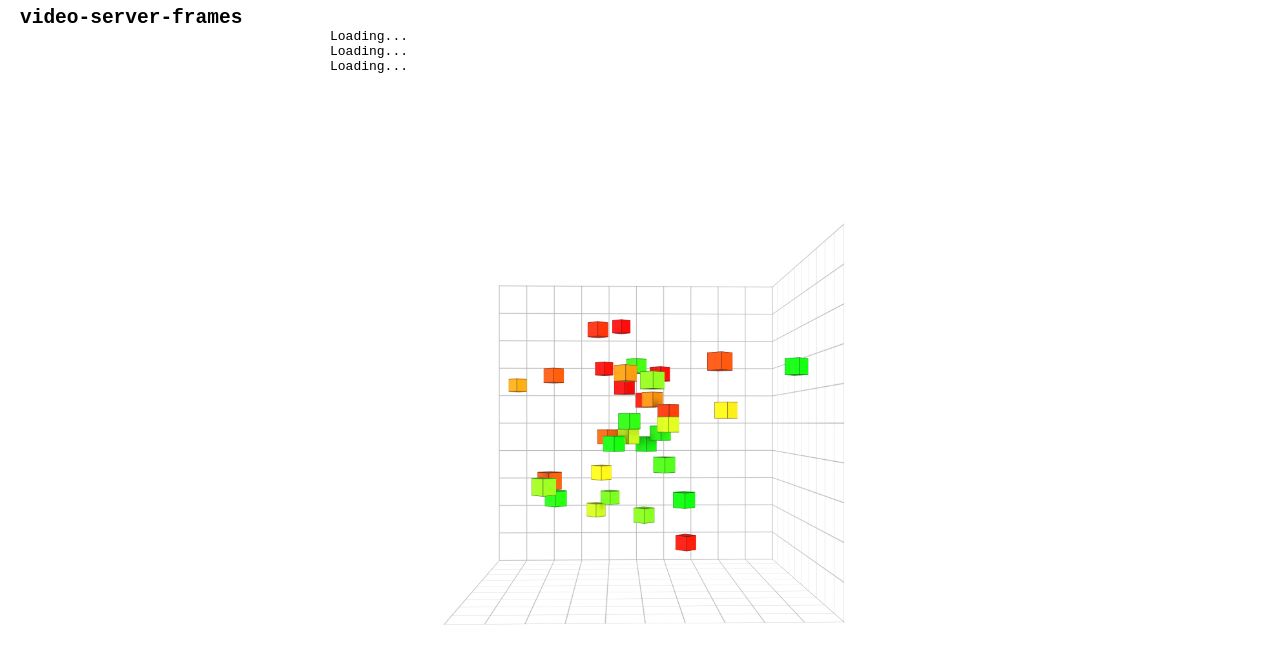
Repository: ceeskaan/ceeskaan.github.io
Page: index.html
These files come from the project's save history. The page is drawn as it stood at one moment and after the next save; the edit follows.
The browser window is 1280 px wide. The pictures show the window.
A layer covers the whole window, so only the first screen is drawn. Some web libraries are served in a nearby version.

Above is the page before, as saved 2022-02-09 20:58:27.
Console error (its wording comes from the project's code and is left out).

### index.html
<!DOCTYPE html>
<html>
    <head>
        <title>Crispy AI</title>
        <meta charset="utf-8" />
        <meta name="description" content="" />
        <meta name="viewport" content="width=device-width, initial-scale=1" />
        <link rel="stylesheet" href="common/main.css" />
        <script src="http://ajax.googleapis.com/ajax/libs/jquery/1.8.3/jquery.min.js"></script>
        <link rel = "icon" href =
        "icon.png"
        type = "image/x-icon">
    </head>
    <body>
        <h2>
                <code>video-server-frames</code>
            </h2>
            <section>
                <pre id="comments"></pre>
            </section>
        <div id="content">
            <section class="canvas-container" id="canvas-container">
                <input
                    name="frames-url"
                    type="hidden"
                    value="videos/frames/image{{id}}.jpg"
                    data-frame-start="596"
                    data-frame-end="719"
                    data-frame-id-padding="3"
                />
            </section>
        </div>
        <script>
        $(document).mousemove(function(e) {
            var percent = e.clientX / $(window).width();
           $('body, html').scrollTop($(document).height() * percent/1.283);
        });</script>
        <script src="common/utils.js"></script>
        <script src="common/scroll-observable.js"></script>
        <script src="common/canvas-frame-scrubber.js"></script>
        <script src="assets/frame-unpacker.js"></script>
        <script src="assets/main.js"></script>
    </body>
</html>

### common/main.css
html,
body {
    margin: 0;
    padding: 0 10px;
    font-family: -apple-system, BlinkMacSystemFont, 'Segoe UI', Roboto, Oxygen, Ubuntu, Cantarell, 'Open Sans',
        'Helvetica Neue', sans-serif;
    height: 3000px;
    background: rgb(255, 255, 255);
    color: rgb(0, 0, 0);
    overflow: hidden; /* Hide scrollbars */
}

* {
    margin: 0;
    padding: 0;
 }


html.home,
body.home {
    height: 100%;
}

a {
    color: #33a8ff;
}

#content {
    position: fixed;
    max-width: calc(100% - 20px);
}

.video-container,
.canvas-container {
    max-width: calc(100% - 20px);
    max-height: 80vh;
    height: auto;
}

.canvas {
    width: 100%;
    height: auto;
}

.cursor-loading {
    cursor: progress;
}

#comments {
    margin: auto;
    width: 50%;
}

### common/utils.js
// Logging
const logContainer = document.getElementById('comments');
const log = text => {
    if (logContainer) {
        logContainer.innerHTML += text + '\n';
    } else {
        console.log(text);
    }
};

// Loading indicator
const startProgress = () => {
    document.documentElement.classList.add('cursor-loading');
};

const stopProgress = () => {
    document.documentElement.classList.remove('cursor-loading');
};

// average over an array
const average = arr => {
    return (arr.reduce((a, b) => a + b, 0) / arr.length).toFixed(2);
};

// promise with timeout
const withTimeout = async (promise, timeout) => {
    return new Promise(async (resolve, reject) => {
        setTimeout(() => {
            reject(`Promise ${promise} timed out at ${timeout}ms`);
        }, timeout);

        await promise;
        resolve(promise);
    });
};

### common/scroll-observable.js
function ScrollObservable() {
    this._observers = [];

    // using RAF as a petty debounce
    let inProgress = false;
    const handler = () => {
        if (inProgress) return;
        inProgress = true;

        window.requestAnimationFrame(() => {
            this._process();

            inProgress = false;
        });
    };

    window.addEventListener('scroll', handler);
}

ScrollObservable.prototype._process = function() {
    const viewportHeight = document.documentElement.clientHeight;
    const documentHeight = document.body.clientHeight;
    const scrolled = Math.max(
        window.scrollY,
        window.pageYOffset,
        document.documentElement.scrollTop,
        document.body.scrollTop
    );

    const scrolledPercentage = Math.round((100 * (100 * scrolled)) / (documentHeight - viewportHeight)) / 100;

    this.publish(scrolledPercentage);
};

ScrollObservable.prototype.subscribe = function(observer) {
    this._observers.push(observer);
};

ScrollObservable.prototype.publish = function(value) {
    this._observers.forEach(observer => {
        observer.next(value);
    });
};

### common/canvas-frame-scrubber.js
const CanvasFrameScrubber = (() => {
    const create = (context, frames) => {
        let currentFrame = 0;

        const observer = {
            next: percentage => {
                const frameIndex = Math.floor((percentage * (frames.length - 1)) / 100);

                if (currentFrame === frameIndex) return;

                window.requestAnimationFrame(() => {
                    context.drawImage(frames[frameIndex], 0, 0);
                });
            }
        };

        return observer;
    };

    return {
        create: create
    };
})();

### assets/frame-unpacker.js
const FrameUnpacker = (() => {
    const unpack = async options => {
        const urlPattern = options.urlPattern,
            start = options.start,
            end = options.end,
            padding = options.padding;

        const bitmaps = [];
        const calls = [];

        const timeStart = performance.now();
            log('Loading...');
        // download each frame image and prep it up
        for (let index = start; index <= end; index++) {
            const id = index.toString().padStart(padding, '0');
            const url = urlPattern.replace('{{id}}', id);

            calls.push(
                fetch(url).then(res =>
                    res
                        .blob()
                        .then(blob =>
                            createImageBitmap(blob).then(bitmap => bitmaps.push({ id: index, bitmap: bitmap }))
                        )
                )
            );
        }
        log('Loading...');
        // wait for all the downloads to finish... (a more eager implementation that starts putting
        // the scrubbing as soon as the first few frames are downloaded can also be done, but we'll
        // keep thing s simple for now)
        await Promise.all(calls);

        // sort the downloaded frame bitmaps in order, they could have been downloaded haphazardly
        bitmaps.sort((a, b) => {
            return a.id - b.id;
        });

        // once that's done, construct an array of just frames that would be returned
        const frames = [];
        bitmaps.map(bitmap => frames.push(bitmap.bitmap));

        const timeDelta = performance.now() - timeStart;
        console.log = function() {}
        return frames;
    };

    return {
        unpack: unpack
    };
})();

### assets/main.js
(async () => {
    startProgress();

    const videoContainer = document.querySelector('#canvas-container');
    const framesUrlElement = document.querySelector('input[name="frames-url"]');
    if (!videoContainer || !framesUrlElement) {
        throw new Error('Element missing!');
    }

    const framesUrlPattern = framesUrlElement.value;
    const framesUrlStart = parseInt(framesUrlElement.dataset.frameStart, 10);
    const framesUrlEnd = parseInt(framesUrlElement.dataset.frameEnd, 10);
    const framesIdPadding = parseInt(framesUrlElement.dataset.frameIdPadding, 10);

    log('Loading...');

    const startTime = Date.now();

    const frames = await FrameUnpacker.unpack({
        urlPattern: framesUrlPattern,
        start: framesUrlStart,
        end: framesUrlEnd,
        padding: framesIdPadding
    });

    const endTime = Date.now();



    const canvas = document.createElement('canvas');
    canvas.classList.add('canvas');
    canvas.height = frames[0].height;
    canvas.width = frames[0].width;
    const context = canvas.getContext('2d');
    context.drawImage(frames[0], 0, 0);

    videoContainer.appendChild(canvas);



    const observer = CanvasFrameScrubber.create(context, frames);

    const observable = new ScrollObservable();
    observable.subscribe(observer);


    stopProgress();
})();

After the next save:
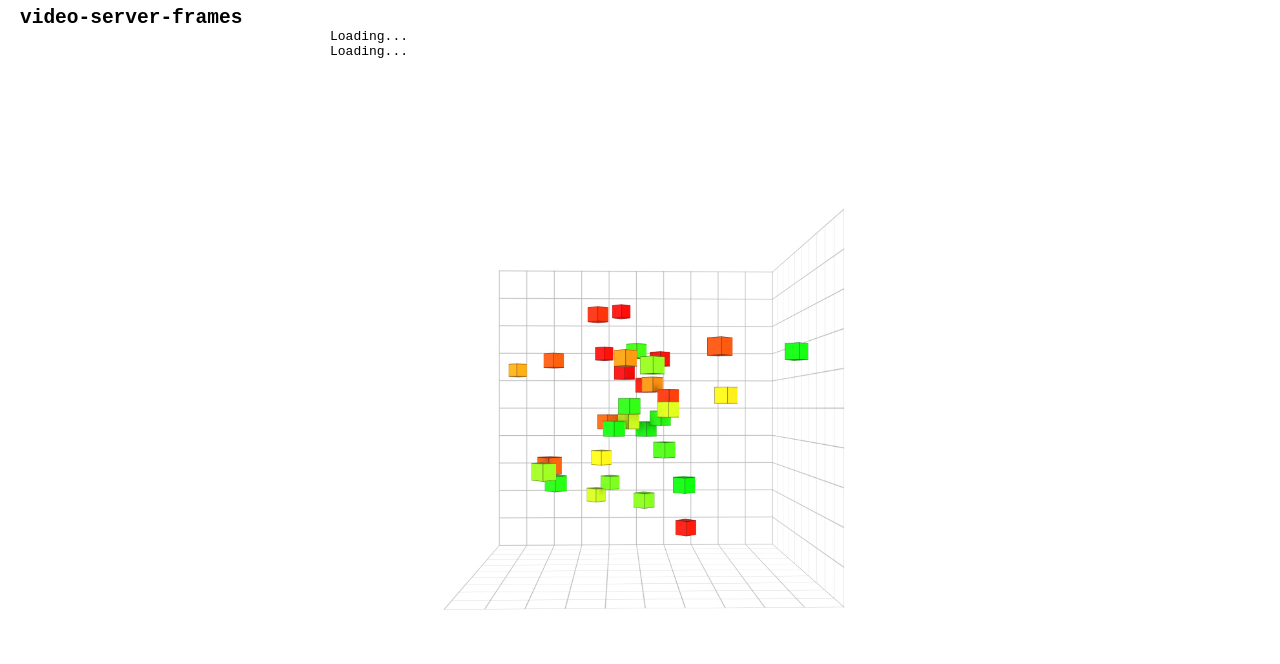
Saved 5 s later.
--- a/assets/main.js
+++ b/assets/main.js
@@ -12,7 +12,7 @@
     const framesUrlEnd = parseInt(framesUrlElement.dataset.frameEnd, 10);
     const framesIdPadding = parseInt(framesUrlElement.dataset.frameIdPadding, 10);
 
-    log('Loading...');
+
 
     const startTime = Date.now();
 
